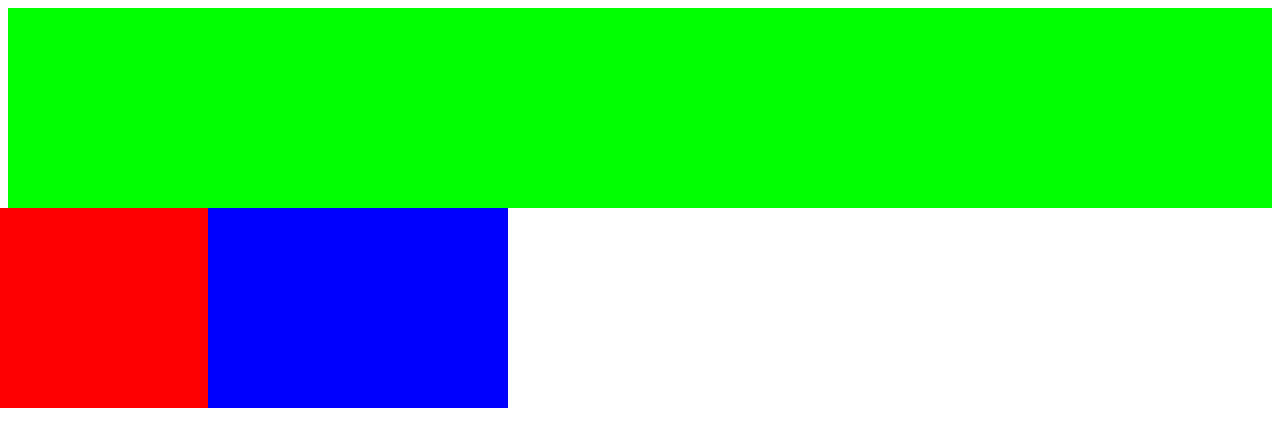
Repository: LstHeart/html-learning
Page: css/双飞翼布局.html
These files come from the project's save history. The page is drawn as it stood at one moment and after the next save; the edit follows.
The browser window is 1280 px wide. The pictures show the whole page.

Above is the page before, as saved 2021-01-06 21:27:55.

### css/双飞翼布局.html
<!DOCTYPE html>
<html lang="en">
<head>
    <meta charset="UTF-8">
    <meta name="viewport" content="width=device-width, initial-scale=1.0">
    <title>双飞翼布局</title>
    <link rel="stylesheet" href="双飞翼.css">
</head>
<body>
    <div class="container">
        <div class="column center"></div>
        <div class="column left"></div>
        <div class="column right"></div>
    </div>
</body>
</html>

### css/双飞翼.css
.container{
    width: 100%;
}
.column{
    float:left;
    height: 200px;
}
.left{
    width: 300px;
    background-color: #f00;
    margin-left: -100px;
}
.center{
    width: 100%;
    background-color: #0f0;
}
.right{
    width: 300px;
    background-color: #00f;
}

After the next save:
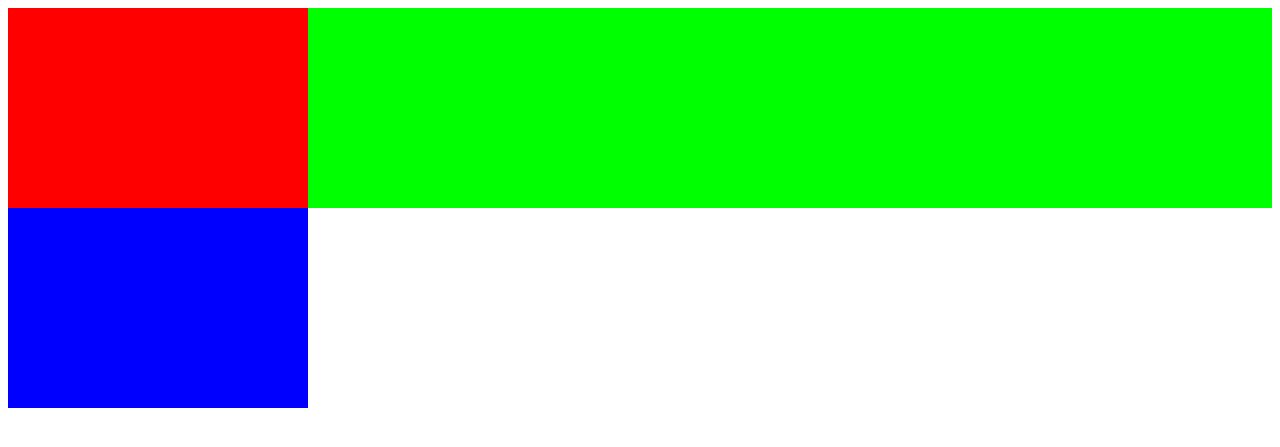
Saved 36 s later.
--- a/css/双飞翼.css
+++ b/css/双飞翼.css
@@ -8,7 +8,7 @@
 .left{
     width: 300px;
     background-color: #f00;
-    margin-left: -100px;
+    margin-left: -100%;
 }
 .center{
     width: 100%;
